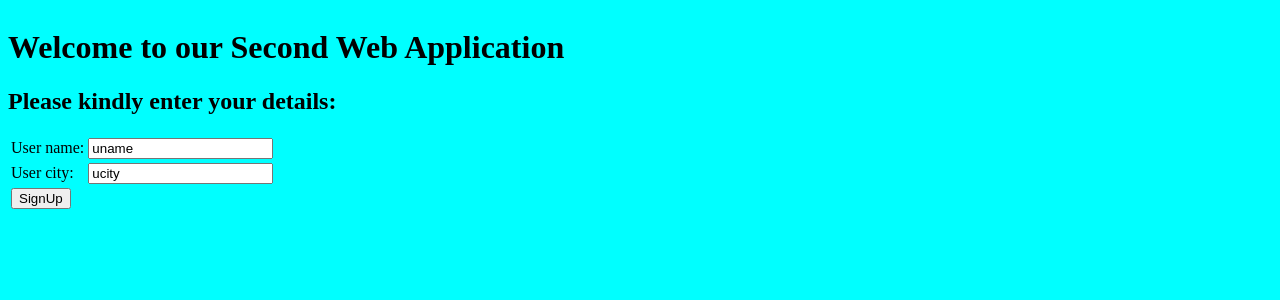
Repository: imbhaskarmondal/Java-Backend
Page: 02-Servlets-JSP/SecondWebApp/src/main/webapp/index.html
An editor plug-in stored every save of this project. The page is shown before and after the next save, followed by the edit.
The browser window is 1280 px wide. The pictures show the whole page.

Above is the page before, as saved 2026-05-07 12:31:56.

### 02-Servlets-JSP/SecondWebApp/src/main/webapp/index.html
<!DOCTYPE html>
<html>
<head>
<meta charset="UTF-8">
<title>Second Web App</title>
</head>
<body bgcolor="cyan" style="align-content: center">
<h1>Welcome to our Second Web Application</h1>
<h2>Please kindly enter your details: </h2>

<form method="POST" action="./firstServlet">
	<table>
		<tr>
		<td>User name: </td>
		<td><input type="text" value="uname"></td>
		</tr>
		<tr>
		<td>User city: </td>
		<td><input type="text" value="ucity"></td>
		</tr>
		<tr>
		<td><input type="submit" value="SignUp"></td>
		</tr>
	</table>
</form>
</body>
</html>

After the next save:
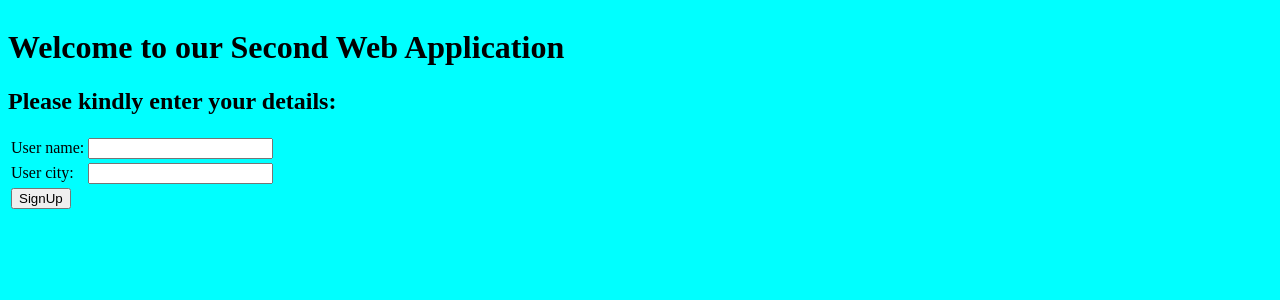
Saved 119 s later.
--- a/02-Servlets-JSP/SecondWebApp/src/main/webapp/index.html
+++ b/02-Servlets-JSP/SecondWebApp/src/main/webapp/index.html
@@ -12,11 +12,11 @@
 	<table>
 		<tr>
 		<td>User name: </td>
-		<td><input type="text" value="uname"></td>
+		<td><input type="text" name="uname"></td>
 		</tr>
 		<tr>
 		<td>User city: </td>
-		<td><input type="text" value="ucity"></td>
+		<td><input type="text" name="ucity"></td>
 		</tr>
 		<tr>
 		<td><input type="submit" value="SignUp"></td>
